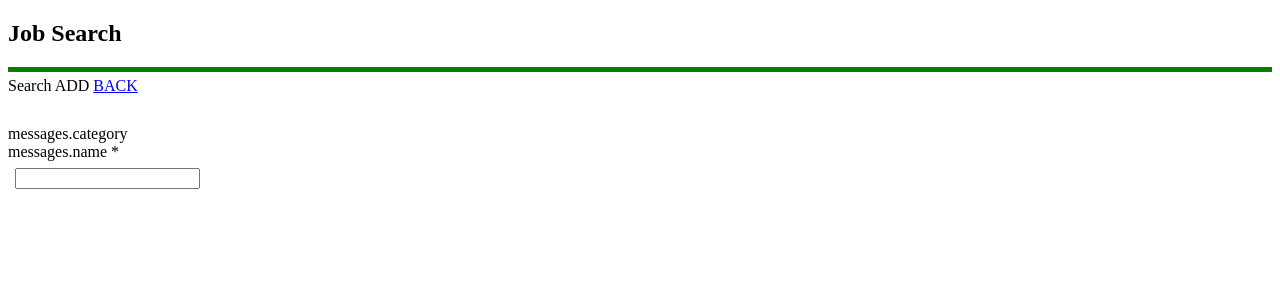
Repository: anvarhaseeb/jobPortalSystem
Page: http://localhost/public_html/Search.jsp
An editor plug-in stored every save of this project. The page is shown before and after the next save, followed by the edit.
The browser window is 1280 px wide. The pictures show the whole page.
The page is served by Tomcat 9. Other server files are loaded and not shown.

Above is the page before, as saved 2024-01-10 05:43:57.

### JOB/public_html/WEB-INF/classes/struts.xml
<?xml version="1.0" encoding="UTF-8"?>
<!DOCTYPE struts PUBLIC
   "-//Apache Software Foundation//DTD Struts Configuration 2.5//EN"
   "https://struts.apache.org/dtds/struts-2.5.dtd">

<struts>
	<constant value="true" name="struts.devMode" />
	   <constant name="struts.custom.i18n.resources" value="Bundle" />
	<package name="home" extends="struts-default">



		<action name="home" class="com.job.action.JobAction"
			method="home">
			<result name="success">Job.jsp</result>
			<result name="error">error.jsp</result>
		</action>
		<action name="signOut" class="com.job.action.JobAction"
			method="signOut">
			<result name="success">SignOut.jsp</result>
			<result name="error">error.jsp</result>
		</action>

		<action name="searchPage" class="com.job.action.JobAction"
			method="searchPage">
			<result name="success">Search.jsp</result>
			<result name="error">error.jsp</result>
		</action>

		<action name="addPage" class="com.job.action.JobAction"
			method="addPage">
			<result name="success">JobPost.jsp</result>
			<result name="error">error.jsp</result>

		</action>

		<action name="toEditPage" class="com.job.action.JobAction"
			method="editPage">
			<result name="success">JobPost.jsp</result>
			<result name="error">error.jsp</result>
		</action>

		<action name="actionNames" class="com.job.action.JobAction"
			method="action">
			<result name="success">Search.jsp</result>
			<result name="Edit">JobList.jsp</result>
			<result name="error">error.jsp</result>
			<result name="input">JobPost.jsp</result>

		</action>


		<action name="search" class="com.job.action.JobAction"
			method="search">
			<result name="success">JobList.jsp</result>
			<result name="error">error.jsp</result>
		</action>

		<action name="jobDelete" class="com.job.action.JobAction"
			method="jobDelete">
			<result name="success">JobList.jsp</result>
			<result name="error">error.jsp</result>
		</action>

		<action name="viewPages" class="com.job.action.JobAction"
			method="viewPage">
			<result name="success">ViewJob.jsp</result>
			<result name="error">error.jsp</result>
		</action>
		<action name="cancel" class="com.job.action.JobAction"
			method="cancel">
			<result name="success">JobList.jsp</result>
			<result name="error">error.jsp</result>
		</action>



		 <action name="reportDownload" class="com.job.action.JobAction" method="reportDownload">
			<result name="error">error.jsp</result>
			</action>


	</package>
</struts>

### JOB/public_html/Search.jsp
<!--
Search.jsp :- the jsp for to search the job  -->

<%@ page language="java" contentType="text/html; charset=UTF-8"
	pageEncoding="UTF-8"%>
<%@ taglib prefix="s" uri="/struts-tags"%>

<!DOCTYPE html>
<html>
<head>
<meta charset="UTF-8">
<title>Search Page</title>

</head>
<body>

	<div style="margin-bottom: 5px; border-bottom: 5px solid green;">
		<h2 class="mt-2"><%-- <s:text name="jobsearch.message" /> --%>
		<s:text name="jobsearch.message"/></h2>
	</div>

	<a class="btn btn-primary mt-2" onclick="searchJob()"><s:text name="search.button"/></a>
	<a class="btn btn-primary mt-2" onclick="addPages()"><s:text name="add.button"/></a>
	<a class="btn btn-secondary mt-2" href="home"><s:text name="back.button"/></a>


		<s:if test="hasActionMessages()">
			<div class="alert alert-success alert-dismissible fade show"
				role="alert">
				<h4><s:text name="success"/> !</h4>
				<s:actionmessage />
				<button type="button" class="btn-close" data-bs-dismiss="alert"
					aria-label="Close"></button>
			</div>
		</s:if>

		<div class="row">
			        <s:form onsubmit="searchJob() ; return false" id="searchForm" class="d-flex"
                method="post">

<div class="form-group row">
                                <div style="width: 150px; padding-top: 30px;"
                                        class="col-sm-3 col-form-label">
                                        <s:label for="categoryName" style="">
                                                <s:text name="messages.category" />
                                                <s:text name="messages.name" />
                                                <span class='text-danger'>*</span>
                                        </s:label>
                                </div>
                                <div class="ms-2">
                                        <s:textfield type="text" name="model.category.categoryName"
                                                maxlength="255" id="categoryName" class="form-control mb-2"
                                                placeholder="%{getText('messages.enter')} %{getText('messages.category')} %{getText('messages.name')}" />
                                </div>
                        </div>
        </s:form>



	</div>


</body>
</html>

After the next save:
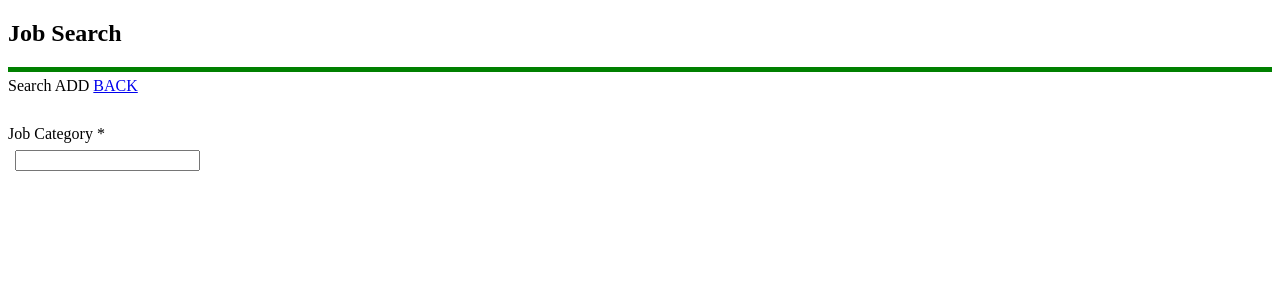
Saved 24 s later.
--- a/JOB/public_html/Search.jsp
+++ b/JOB/public_html/Search.jsp
@@ -42,8 +42,8 @@ Search.jsp :- the jsp for to search the job  -->
                                 <div style="width: 150px; padding-top: 30px;"
                                         class="col-sm-3 col-form-label">
                                         <s:label for="categoryName" style="">
-                                                <s:text name="messages.category" />
-                                                <s:text name="messages.name" />
+                                                <label><s:text name="JobCategory" /></label>
+
                                                 <span class='text-danger'>*</span>
                                         </s:label>
                                 </div>
